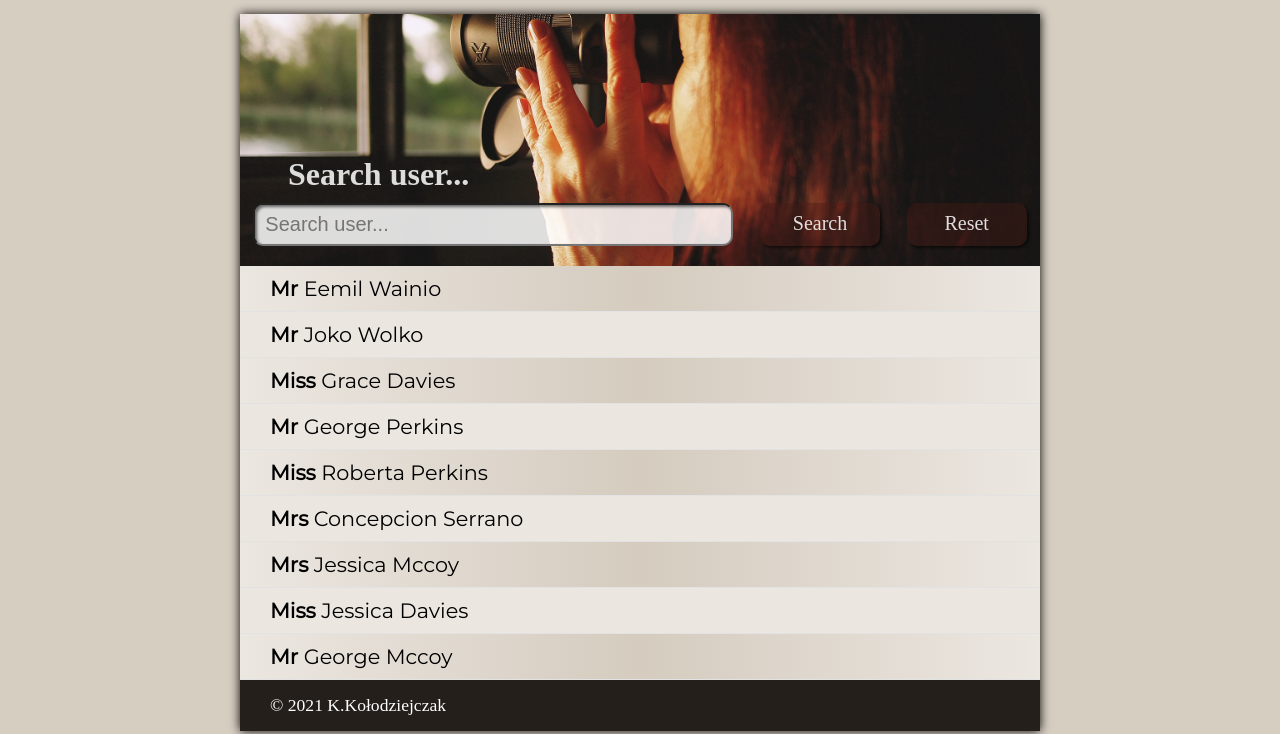
Repository: KrzysKolo/sr_tydzien5_zad4
Page: /
The author's editor kept a copy of each file at every save. The page is drawn from the files as they stood at one save, then again after the next save.
The browser window is 1280 px wide. The pictures show the whole page.
Some web fonts or font styles are not loaded; a fallback is used. The project was rebuilt for these pictures with package versions that can differ from the ones it lists, and the page was loaded fresh each time. Also part of the build but not shown: src/components/userContainerComponents/Error.js.

Above is the page before, as saved 2021-01-05 15:52:02.

### public/index.html
<!DOCTYPE html>
<html lang="en">
  <head>
    <meta charset="utf-8" />
    <link rel="icon" href="%PUBLIC_URL%/favicon.ico" />
    <meta name="viewport" content="width=device-width, initial-scale=1" />
    <meta name="theme-color" content="#000000" />
    <meta
      name="description"
      content="Web site created using create-react-app"
    />
    <link rel="apple-touch-icon" href="%PUBLIC_URL%/logo192.png" />
    <!--
      manifest.json provides metadata used when your web app is installed on a
      user's mobile device or desktop. See https://developers.google.com/web/fundamentals/web-app-manifest/
    -->
    <link rel="manifest" href="%PUBLIC_URL%/manifest.json" />
    <!--
      Notice the use of %PUBLIC_URL% in the tags above.
      It will be replaced with the URL of the `public` folder during the build.
      Only files inside the `public` folder can be referenced from the HTML.

      Unlike "/favicon.ico" or "favicon.ico", "%PUBLIC_URL%/favicon.ico" will
      work correctly both with client-side routing and a non-root public URL.
      Learn how to configure a non-root public URL by running `npm run build`.
    -->
    <link rel="preconnect" href="https://fonts.gstatic.com">
<link href="https://fonts.googleapis.com/css2?family=Finger+Paint&family=Montserrat&family=Over+the+Rainbow&family=Peralta&display=swap" rel="stylesheet">
    <title>User search</title>
  </head>
  <body>
    <noscript>You need to enable JavaScript to run this app.</noscript>
    <div id="root"></div>
    <!--
      This HTML file is a template.
      If you open it directly in the browser, you will see an empty page.

      You can add webfonts, meta tags, or analytics to this file.
      The build step will place the bundled scripts into the <body> tag.

      To begin the development, run `npm start` or `yarn start`.
      To create a production bundle, use `npm run build` or `yarn build`.
    -->
  </body>
</html>

### src/App.js
import React from 'react';
import UsersContainer from './components/UsersContainer';
import './App.css';


const App = () => {

  return (
    <>
      <UsersContainer/>
    </>
  )
}

export default App;

### src/components/UsersContainer.js
import React, { useState, useEffect } from 'react';
import { Header, UserList, Footer, Error, Loading } from './userContainerComponents/'


const UsersContainer = () => {

  const UsersAPI = '/users.json';

  const [users, setUsers ] = useState([]);
  const [loading, setLoading] = useState(true);
  const [isErr, setIsErr] = useState(false);


  useEffect(() => {
    getUsers();
  }, []);

  const getUsers = () => {
    let timer = setTimeout(() => {
      fetch(UsersAPI)
      .then(res => {
        if (res.ok) {
        return res;
        }
        throw Error(res.status);
        })
      .then(res => res.json())
      .then(data => {
        console.log(data.users);
        setUsers(data.users);
        setLoading(false);
        clearTimeout(timer);
      })
      .catch(error => setIsErr(`The problem is with: ${error}`));
    }, 500);
  }

 /*  const handleChange = (e) => {
      const value = e.target.value.toLowerCase();
      setSearchValue(value);
      console.log(value);
      };
 */
    /* const handleSubmit = (e) => {
        console.log("klikm ;)");
      e.preventDefault();
      setIsErr("")
      if (searchValue !== "") {
      console.log(`sent ${searchValue}`);

      } else {
        setIsErr("Enter username!!");
      }
      };
 */
   /*  const handleReset = (e) => {
      console.log("reset");
      setSearchValue("");
      getUsers(setUsers);
      setLoading(true);
    }; */

    return (
        <section>
					<Header isErr={isErr}  />
          { loading ? <Loading/> : <UserList users={users}/>}
          { isErr && <Error isErr={setIsErr}/> }
          <Footer />
        </section>
    )

}

export default UsersContainer;

### src/App.css
* {
  box-sizing: border-box;
  padding: 0;
  margin: 0;
}
body {
  height: 100vh;
  width: 100vw;
  background-color: rgba(206, 194, 179, 0.8);
}
section {
  margin: 2vh auto;
  width: 70%;
  max-width: 800px;
  display: flex;
  flex-direction: column;
  box-shadow: 0 0 10px #000;
}
.header__section {
  height: 35vh;
  background-image: url("./images/girl.jpg");
  background-position: center;
  background-size: cover;
  display: flex;
  flex-direction: column;
  justify-content: flex-end;
}
.header__title {
  font-size: 2rem;
  font-family: "Peralta", cursive;
  margin: 0 auto 10px 3rem;
  color: rgba(255, 255, 255, 0.85);
}
.header__search-wrapper {
  width: 100%;
  margin-bottom: 20px;
  display: flex;
  justify-content: space-around;
}
.header__search {
  padding: 8px 10px;
  width: 60%;
  border-radius: 10px;
  background-color: rgba(255, 255, 255, 0.85);
  box-shadow: inset 2px 2px 3px 0px rgba(0, 0, 0, 0.55);
  font-size: 20px;
}
.header__search-btn {
  background: rgba(71, 26, 20, 0.4);
  color: rgba(255, 255, 255, 0.85);
  width: 15%;
  border-radius: 10px;
  box-shadow: 2px 2px 3px 0px rgba(0, 0, 0, 0.55);
  font-size: 20px;
  text-align: center;
  line-height: 40px;
  transition: 0.2s all ease;
  cursor: pointer;
}
.header__search-btn:hover {
  background: rgba(65, 28, 24, 1);
}
.user {
  font-size: 1.3rem;
  font-family: "Montserrat", sans-serif;
  padding: 10px 30px;
  list-style: none;
  border-bottom: 1px solid rgb(226, 226, 226);
  background-color: rgba(255, 255, 255, 0.5);
}
.user:nth-child(odd) {
  background: linear-gradient(
    90deg,
    rgba(255, 255, 255, 0.5) 0%,
    rgba(206, 194, 179, 0.2) 50%,
    rgba(255, 255, 255, 0.5) 100%
  );
}
.footer__wrapper {
  background-color: rgb(36, 31, 27);
  color: white;
  font-size: 1.1rem;
  padding: 10px 30px;
  width: 100%;
  height: 7vh;
  display: flex;
  align-items: center;
}
.error {
  color: rgb(195, 1, 4);
  padding: 10px;
  text-align: center;
  font-size: 1.2rem;
}

### src/components/userContainerComponents/index.js
export { default as Footer } from './Footer';
export { default as Header } from './Header';
export { default as UserList } from './UserList';
export { default as Error } from './Error';
export { default as Loading } from './Loading';

### src/components/userContainerComponents/Footer.js
import React from 'react';

const Footer = () => {
    return (
        <div className="footer__wrapper">
           © 2021 K.Kołodziejczak
        </div>
    )
}

export default Footer;

### src/components/userContainerComponents/Header.js
import React from 'react';
import { SearchUser } from './../searchComponents/';

const Header = ({isErr }) => {
   return (
        <div className="header__section">
            <h1 className="header__title">Search user...</h1>
            <SearchUser isErr={isErr} />
        </div>
    )
}

export default Header;

### src/components/userContainerComponents/UserList.js
import React from 'react';
import Loading from './Loading';

const UserList = ( { loading, users }) => {

    const user = users.map(user => (
        <li className="user" key={user.id}><b>{user.title}</b> {user.first} {user.last}</li>
      ))
    return (
        loading ? <Loading /> : <ul>{user}</ul>
    )
}

export default UserList;

### src/components/userContainerComponents/Loading.js
import React from 'react';
import spinner from './../../images/spinner.gif'
const Loading = () => {
    return (
        <img src={spinner} style={{width: 200, margin: 'auto', display: 'block'}} alt="Loading"/>
     );
}

export default Loading;

### src/components/searchComponents/index.js
export { default as SearchUser } from './SearchUser';

### src/components/searchComponents/SearchUser.js
import React, { useState, useRef } from 'react';
import { Button, Input } from './../formComponents/'
const SearchUser = () => {

	const [searchValue, setSearchValue] = useState("");

	const handleChange = (e) => {
		const value = e.target.value.toLowerCase();
		setSearchValue(value);
		console.log(value);
		};
	const handleSubmit = (e) => {
		e.preventDefault();

		if(searchValue === "")
		{
			console.log("brak")
		}
		else {
		console.log(`send ${searchValue}`);
		}
	};


	const handleReset = () => {
		/* resetUsers(); */
		console.log("reset");
		setSearchValue('');

}

    return (
        <>
					<form className="header__search-wrapper" onSubmit={handleSubmit}>
          	<Input type="text" onChange={handleChange} value={searchValue} />
            <Button values="Search" onClick={handleSubmit} />
            <Button values="Reset" onClick={handleReset} />
          </form>
        </>
    )
}

export default SearchUser;

### src/components/formComponents/index.js
export { default as Button} from './Button';
export { default as Input } from './Input';

### src/components/formComponents/Button.js
import React from 'react';

const Button = ({ values, onClick }) => {
    return (
        <div className="header__search-btn" onClick={onClick}>
            {values}
        </div>
    )
}

export default Button;

### src/components/formComponents/Input.js
import React from 'react';

const Input = ({ type, searchValue, onChange }) => {
    return (
        <>
          <input className="header__search" type={type} value={searchValue} onChange={onChange} placeholder="Search user..." />
        </>
    )
}

export default Input;

### public/users.json
{
    "users": [
      {
        "id": 1,
        "title": "Mr",
        "first": "Eemil",
        "last": "Wainio"
       },
      {
        "id": 2,
        "title": "Mr",
        "first": "Joko",
        "last": "Wolko"
      },
      {
        "id": 3,
        "title": "Miss",
        "first": "Grace",
        "last": "Davies"
      },
      {
        "id": 4,
        "title": "Mr ",
        "first": "George ",
        "last": "Perkins"
      },
      {
        "id": 5,
        "title": "Miss",
        "first": "Roberta ",
        "last": "Perkins"
      },
      {
        "id": 6,
        "title": "Mrs ",
        "first": "Concepcion ",
        "last": "Serrano"
      },
      {
        "id": 7,
        "title": "Mrs ",
        "first": "Jessica ",
        "last": "Mccoy"
      },
      {
        "id": 8,
        "title": "Miss",
        "first": "Jessica",
        "last": "Davies"
      },
      {
        "id": 9,
        "title": "Mr",
        "first": "George",
        "last": "Mccoy"
      }
    ]
  }

Loaded but not shown: src/index.js (common file)

After the next save:
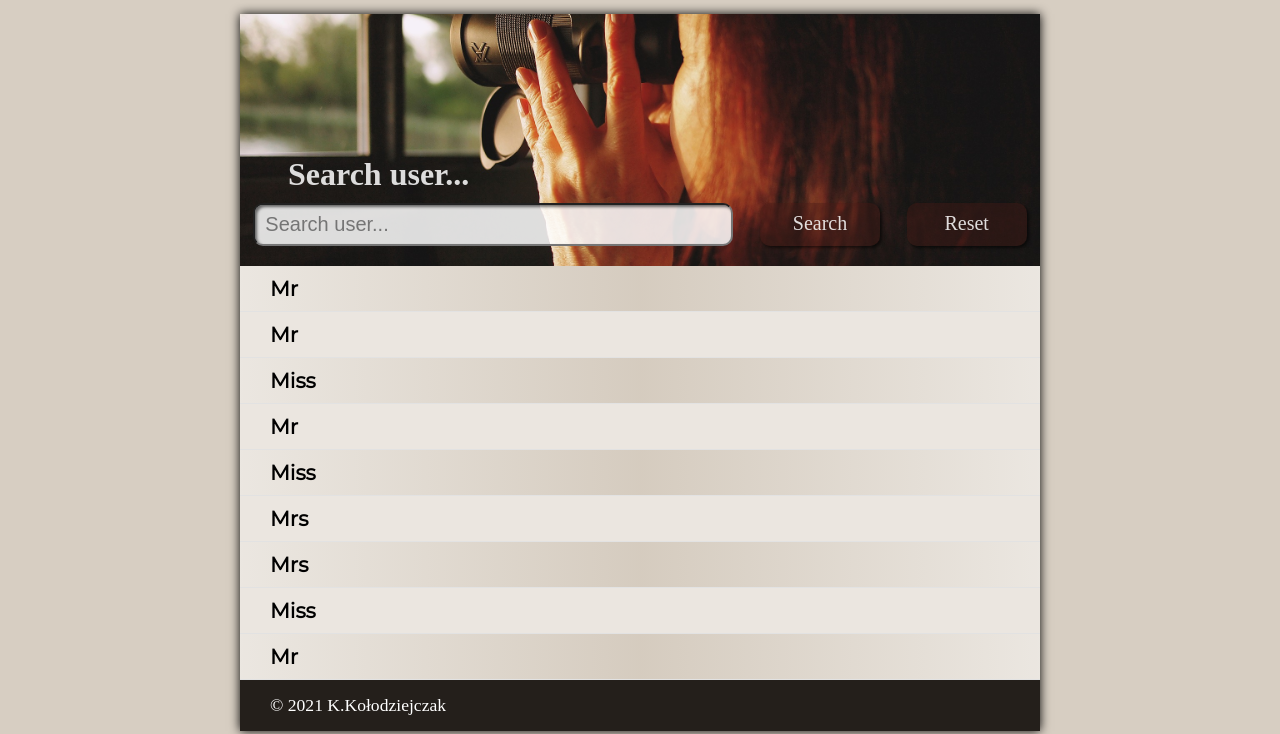
Saved 5 min 50 s later.
--- a/public/users.json
+++ b/public/users.json
@@ -3,56 +3,56 @@
       {
         "id": 1,
         "title": "Mr",
-        "first": "Eemil",
-        "last": "Wainio"
+        "firstname": "Eemil",
+        "lastname": "Wainio"
        },
       {
         "id": 2,
         "title": "Mr",
-        "first": "Joko",
-        "last": "Wolko"
+        "firstname": "Joko",
+        "lastname": "Wolko"
       },
       {
         "id": 3,
         "title": "Miss",
-        "first": "Grace",
-        "last": "Davies"
+        "firstname": "Grace",
+        "lastname": "Davies"
       },
       {
         "id": 4,
         "title": "Mr ",
-        "first": "George ",
-        "last": "Perkins"
+        "firstname": "George ",
+        "lastname": "Perkins"
       },
       {
         "id": 5,
         "title": "Miss",
-        "first": "Roberta ",
-        "last": "Perkins"
+        "firstname": "Roberta ",
+        "lastname": "Perkins"
       },
       {
         "id": 6,
         "title": "Mrs ",
-        "first": "Concepcion ",
-        "last": "Serrano"
+        "firstname": "Concepcion ",
+        "lastname": "Serrano"
       },
       {
         "id": 7,
         "title": "Mrs ",
-        "first": "Jessica ",
-        "last": "Mccoy"
+        "firstname": "Jessica ",
+        "lastname": "Mccoy"
       },
       {
         "id": 8,
         "title": "Miss",
-        "first": "Jessica",
-        "last": "Davies"
+        "firstname": "Jessica",
+        "lastname": "Davies"
       },
       {
         "id": 9,
         "title": "Mr",
-        "first": "George",
-        "last": "Mccoy"
+        "firstname": "George",
+        "lastname": "Mccoy"
       }
     ]
   }
